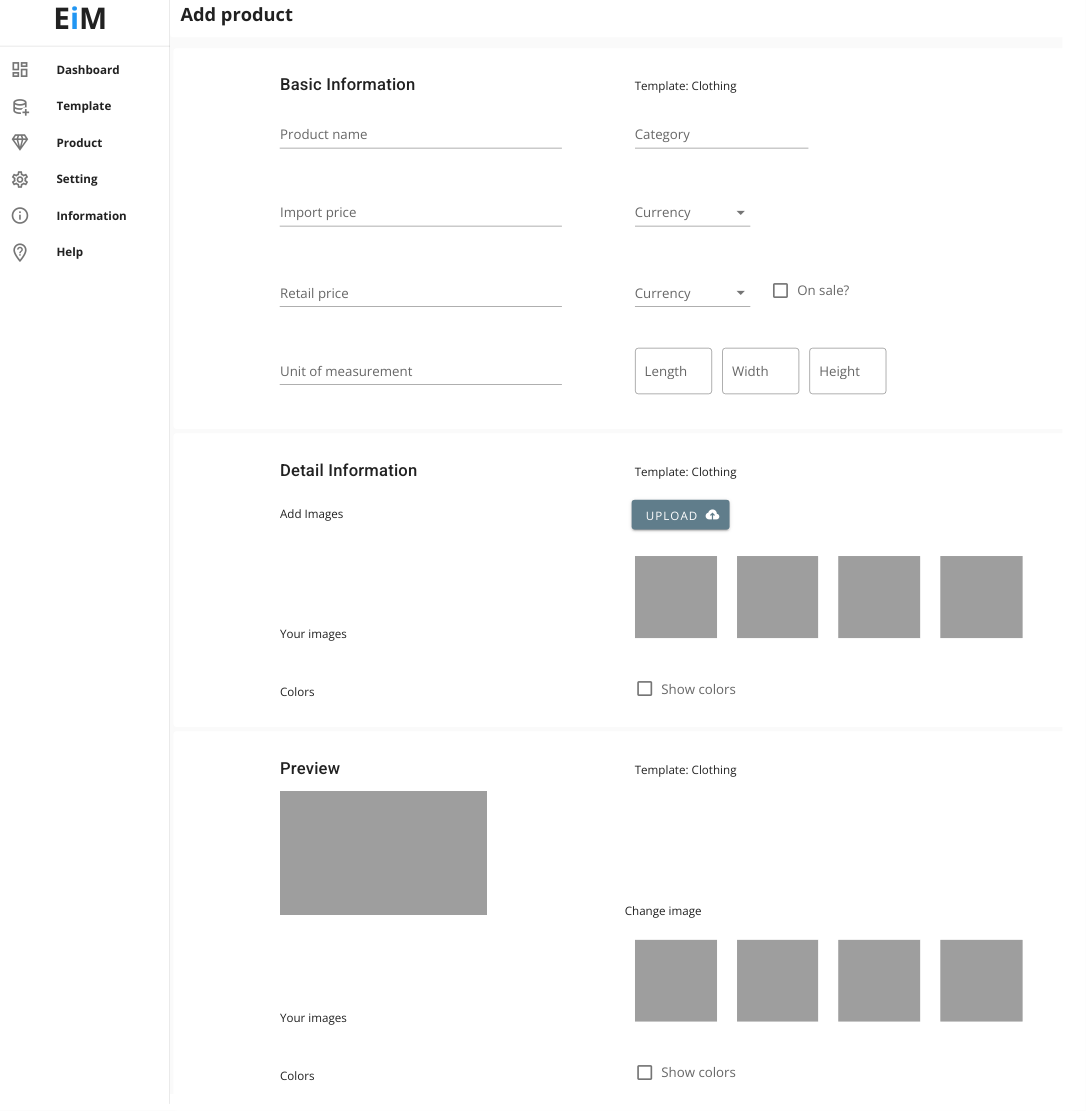
Repository: nguyenphuong152/pim-template
Page: /addproduct
An editor plug-in stored every save of this project. The page is shown before and after the next save, followed by the edit.
The browser window is 1280 px wide. The page is 1308 px wide, so the pictures cover 1308 px, including what lies to the right of the window. The pictures show the whole page, at 83% of full size.
Pictures or frames that could not be fetched are drawn as grey boxes. The project was rebuilt for these pictures with package versions that can differ from the ones it lists, and the page was loaded fresh each time. Also part of the build but not shown: vue.config.js, src/views/Home.vue, src/components/Outcome_1/SearchTemplate.vue, src/components/Outcome_1/YourTemplate.vue, src/components/Outcome_1/ListComponent.vue, src/components/Outcome_1/AddInfo.vue, src/components/Outcome_1/AddDetail.vue, src/components/Outcome_1/CreateRegion.vue and 5 more.

Above is the page before, as saved 2020-12-21 14:17:52.

After the next save:
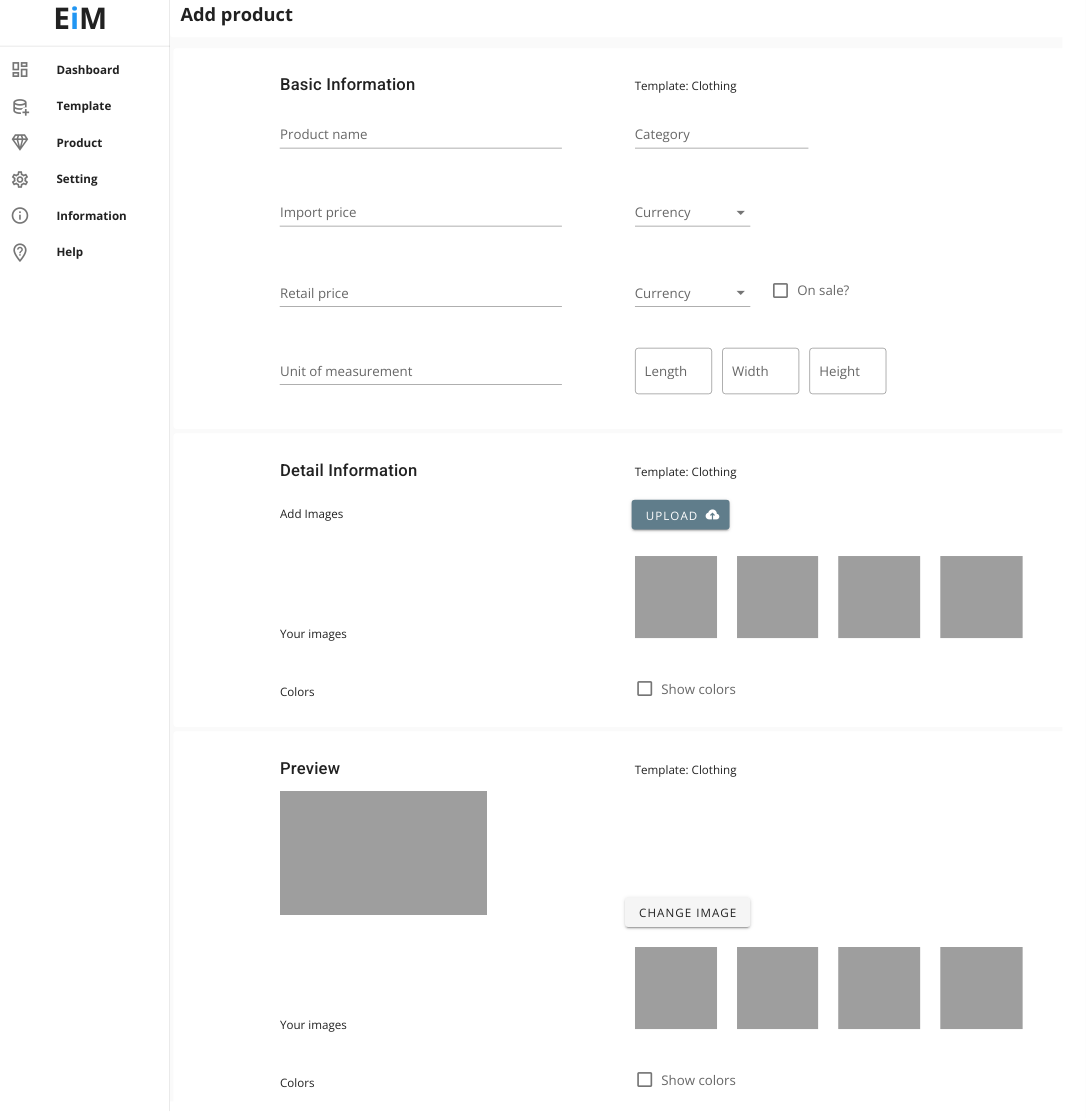
Saved 14 s later.
--- a/src/components/Outcome_2/Preview.vue
+++ b/src/components/Outcome_2/Preview.vue
@@ -25,7 +25,7 @@
           </v-col>
           <v-col cols="6" class="px-0">
             <v-container class="py-0 px-0">
-              <v-button>Change image</v-button>
+              <v-btn>Change image</v-btn>
             </v-container>
           </v-col>
         </v-row>
